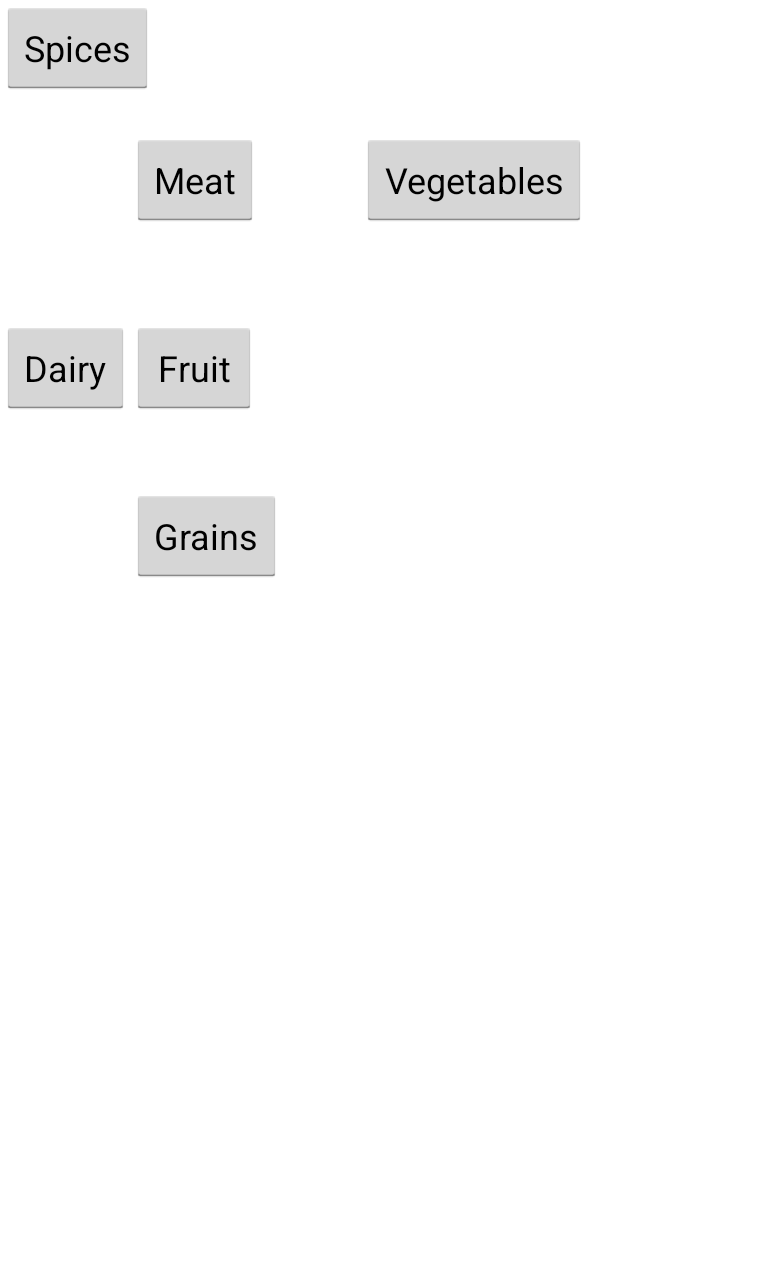
Repository: jmwood22/Boyardroid
Layout: Boyardroid/res/layout/activity_quick_recipe.xml
These files come from the project's save history. The layout is drawn as it stood at one moment and after the next save; the edit follows.
It is drawn on a 768 x 1280 px phone screen (xhdpi) without system bars, with theme AppTheme; the app's code is not run.

Above is the layout before, as saved 2013-02-22 01:51:03.

### Boyardroid/res/layout/activity_quick_recipe.xml
<RelativeLayout xmlns:android="http://schemas.android.com/apk/res/android"
    xmlns:tools="http://schemas.android.com/tools"
    android:layout_width="match_parent"
    android:layout_height="match_parent"
    tools:context=".QuickRecipe" >

    <Button
        android:id="@+id/fruit"
        android:layout_width="wrap_content"
        android:layout_height="wrap_content"
        android:layout_alignParentLeft="true"
        android:layout_alignParentTop="true"
        android:layout_marginLeft="65dp"
        android:layout_marginTop="160dp"
        android:text="@string/title_activity_fruit" />

    <Button
        android:id="@+id/meat"
        android:layout_width="wrap_content"
        android:layout_height="wrap_content"
        android:layout_alignLeft="@+id/fruit"
        android:layout_alignParentTop="true"
        android:layout_marginTop="66dp"
        android:text="Meat" />

    <Button
        android:id="@+id/vegetables"
        android:layout_width="wrap_content"
        android:layout_height="wrap_content"
        android:layout_alignBaseline="@+id/meat"
        android:layout_alignBottom="@+id/meat"
        android:layout_marginLeft="50dp"
        android:layout_toRightOf="@+id/meat"
        android:text="Vegetables" />

    <Button
        android:id="@+id/dairy"
        android:layout_width="wrap_content"
        android:layout_height="wrap_content"
        android:layout_alignBottom="@+id/fruit"
        android:layout_alignLeft="@+id/button1"
        android:text="Dairy" />

    <Button
        android:id="@+id/grains"
        android:layout_width="wrap_content"
        android:layout_height="wrap_content"
        android:layout_alignLeft="@+id/fruit"
        android:layout_below="@+id/fruit"
        android:layout_marginTop="36dp"
        android:text="Grains" />

    <Button
        android:id="@+id/spices"
        android:layout_width="wrap_content"
        android:layout_height="wrap_content"
        android:layout_alignRight="@+id/button2"
        android:layout_alignTop="@+id/button3"
        android:text="Spices" />

</RelativeLayout>

### Boyardroid/res/values/strings.xml
<?xml version="1.0" encoding="utf-8"?>
<resources>

    <string name="app_name">BoyarDroid</string>
    <string name="quick_recipe">Quick Recipe</string>
    <string name="menu_settings">Settings</string>
    <string name="title_activity_quck_recipe">QuckRecipe</string>
    <string name="title_activity_quick_recipe">QuickRecipe</string>
    <string name="find_recipe">Find Recipes</string>
    <string name="hello_world">Hello world!</string>
    <string name="title_activity_home_screen">HomeScreen</string>
    <string name="title_activity_fridge">Fridge</string>
    <string name="fridge_button">Fridge</string>
    <string name="dinner_button">Dinner</string>
    <string name="breakfast_button">Breakfast</string>
    <string name="lunch_button">Lunch</string>
    <string name="user_button">User text</string>
    <string name="addIngredient_button">Add Ingredient</string>
    <string name="removeIngredient_button">Remove Ingredient</string>
    <string name="favoriteRecipe_button">Favorite Recipes</string>
    <string name="title_activity_fruit">Fruit</string>
    <string name="apple">Apple</string>
    <string name="banana">Banana</string>
    <string name="lemon">Lemon</string>
    <string name="lime">Lime</string>
    <string name="blueberry">Blueberry</string>
    <string name="grape">Grape</string>
    <string name="orange">Orange</string>
    <string name="meat">Meat</string>
    <string name="vegetable">Vegetables</string>
    <string name="dairy">Dairy</string>
    <string name="grain">Grain</string>
    <string name="spice">Spice</string>


</resources>

Loaded but not shown: Boyardroid/res/values/styles.xml (common file); Boyardroid/res/values-v11/styles.xml (common file); Boyardroid/res/values-v14/styles.xml (common file)

After the next save:
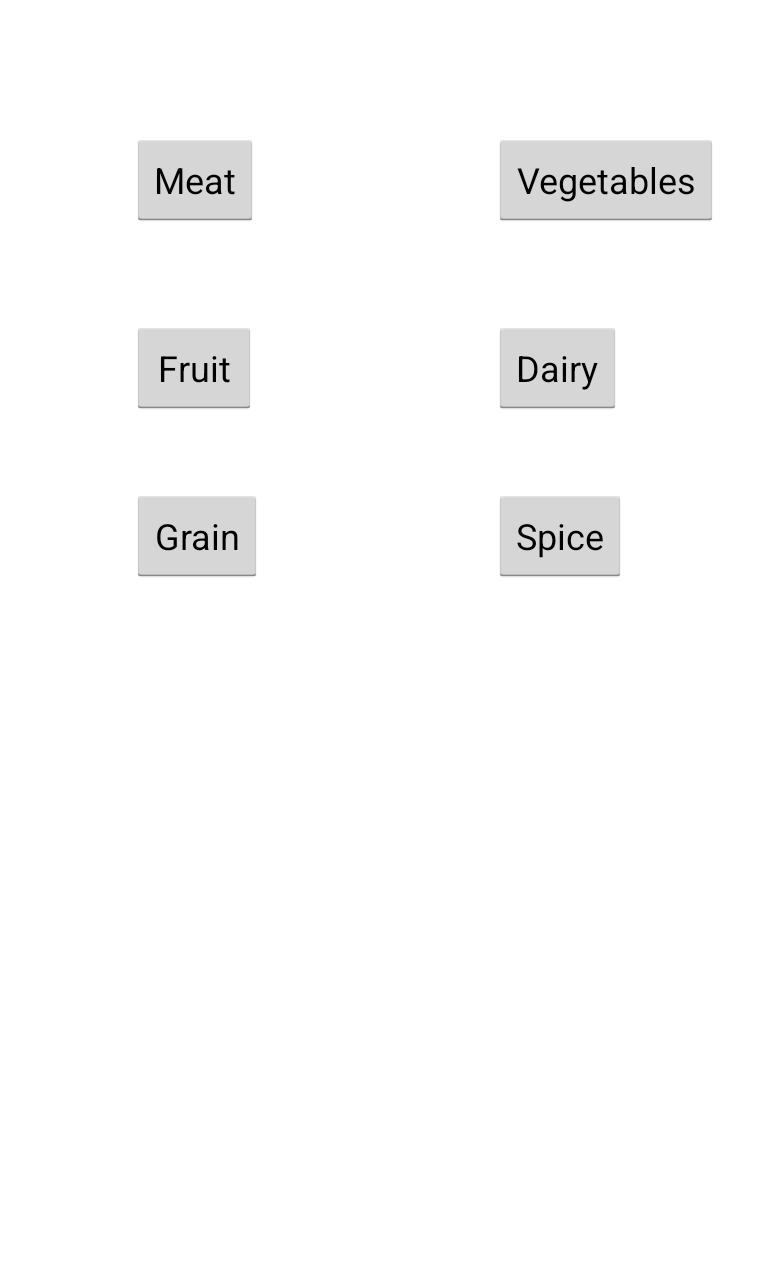
Saved 48 s later.
--- a/Boyardroid/res/layout/activity_quick_recipe.xml
+++ b/Boyardroid/res/layout/activity_quick_recipe.xml
@@ -21,25 +21,7 @@
         android:layout_alignLeft="@+id/fruit"
         android:layout_alignParentTop="true"
         android:layout_marginTop="66dp"
-        android:text="Meat" />
-
-    <Button
-        android:id="@+id/vegetables"
-        android:layout_width="wrap_content"
-        android:layout_height="wrap_content"
-        android:layout_alignBaseline="@+id/meat"
-        android:layout_alignBottom="@+id/meat"
-        android:layout_marginLeft="50dp"
-        android:layout_toRightOf="@+id/meat"
-        android:text="Vegetables" />
-
-    <Button
-        android:id="@+id/dairy"
-        android:layout_width="wrap_content"
-        android:layout_height="wrap_content"
-        android:layout_alignBottom="@+id/fruit"
-        android:layout_alignLeft="@+id/button1"
-        android:text="Dairy" />
+        android:text="@string/meat" />
 
     <Button
         android:id="@+id/grains"
@@ -48,14 +30,33 @@
         android:layout_alignLeft="@+id/fruit"
         android:layout_below="@+id/fruit"
         android:layout_marginTop="36dp"
-        android:text="Grains" />
+        android:text="@string/grain" />
 
     <Button
         android:id="@+id/spices"
         android:layout_width="wrap_content"
         android:layout_height="wrap_content"
-        android:layout_alignRight="@+id/button2"
-        android:layout_alignTop="@+id/button3"
-        android:text="Spices" />
+        android:layout_alignBaseline="@+id/grains"
+        android:layout_alignBottom="@+id/grains"
+        android:layout_alignLeft="@+id/vegetables"
+        android:text="@string/spice" />
+
+    <Button
+        android:id="@+id/dairy"
+        android:layout_width="wrap_content"
+        android:layout_height="wrap_content"
+        android:layout_above="@+id/grains"
+        android:layout_alignLeft="@+id/spices"
+        android:text="@string/dairy" />
+
+    <Button
+        android:id="@+id/vegetables"
+        android:layout_width="wrap_content"
+        android:layout_height="wrap_content"
+        android:layout_alignBaseline="@+id/meat"
+        android:layout_alignBottom="@+id/meat"
+        android:layout_alignParentRight="true"
+        android:layout_marginRight="24dp"
+        android:text="@string/vegetable" />
 
 </RelativeLayout>
